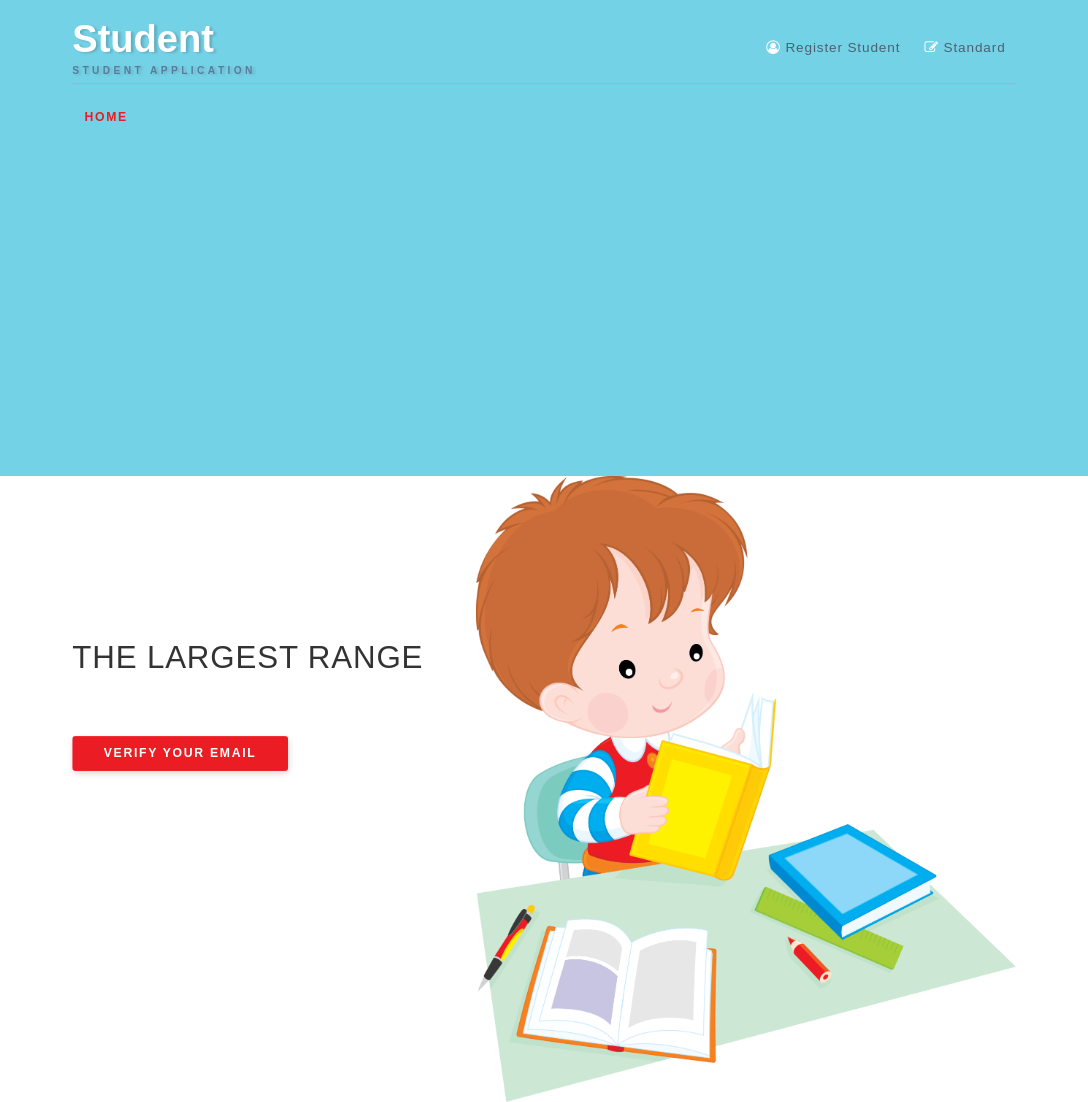
Repository: PallaviMadiya/Java-Framework-
Page: http://localhost/StudentApplication/
The author's editor kept a copy of each file at every save. The page is drawn from the files as they stood at one save, then again after the next save.
The browser window is 1280 px wide. The pictures show the whole page, at 85% of full size.
Some web fonts or font styles are not loaded; a fallback is used. The page is served by Tomcat 9.

Above is the page before, as saved 2023-10-17 12:35:58.

After the next save:
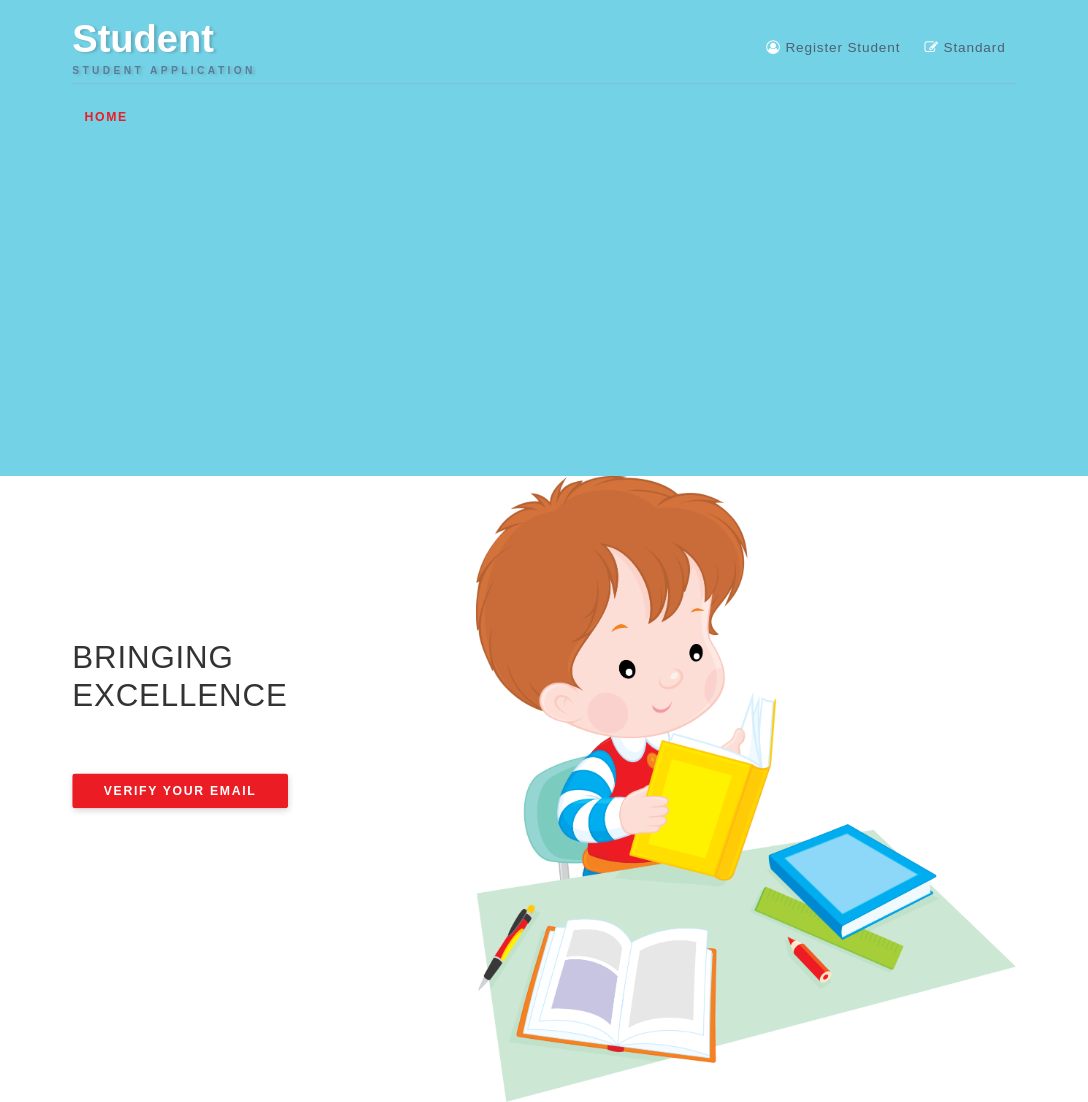
Saved 115 s later.
--- a/StudentApplication/src/main/webapp/index.jsp
+++ b/StudentApplication/src/main/webapp/index.jsp
@@ -12,7 +12,7 @@
         <div class="banner-wthree-info container">
             <div class="row">
                 <div class="col-lg-5 banner-left-info">
-                    <h3>The Largest Range <span>of HandBags</span></h3>
+                    <h3>Bringing Excellence <span>To Students</span></h3>
                     <a href="verify-email.jsp" class="btn shop">Verify Your Email</a>
                 </div>
 
